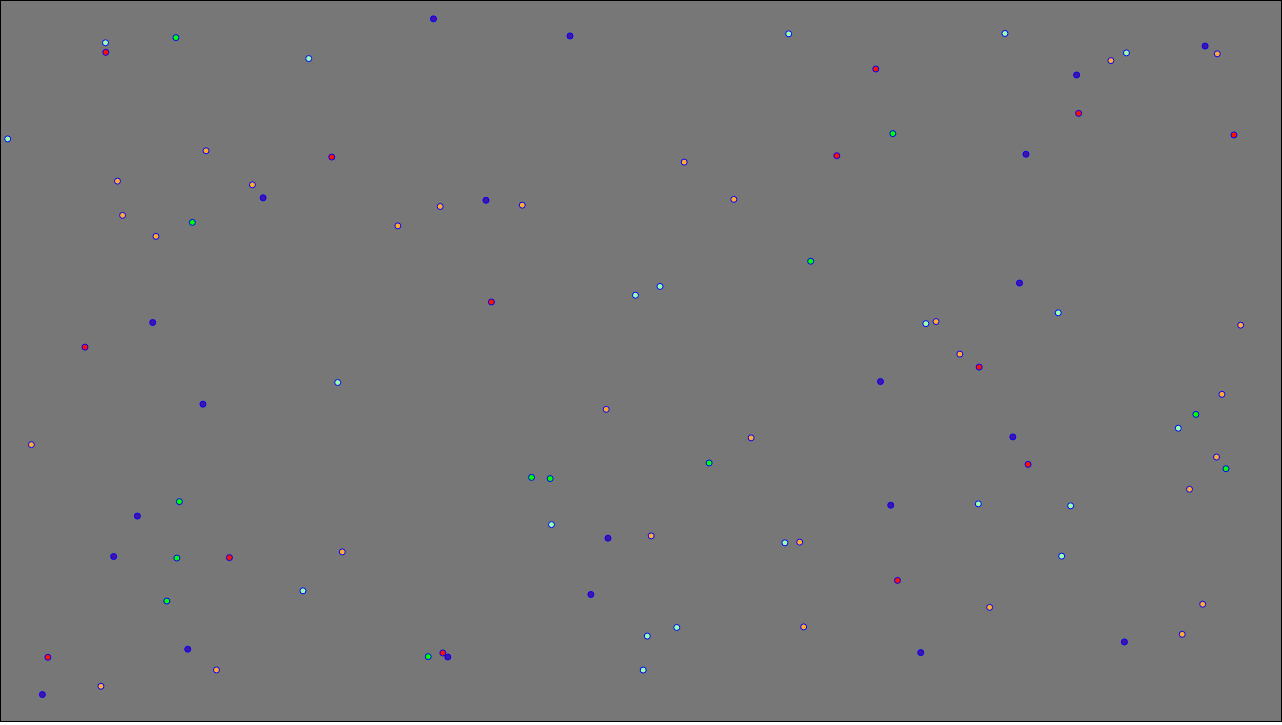
Repository: tenlekdan/particle-effect
Page: inidex.html
An editor plug-in stored every save of this project. The page is shown before and after the next save, followed by the edit.
The browser window is 1280 px wide. The page is 1282 px wide, so the pictures cover 1282 px, including what lies to the right of the window. The pictures show the whole page.

Above is the page before, as saved 2019-12-26 23:11:38.

After the next save:
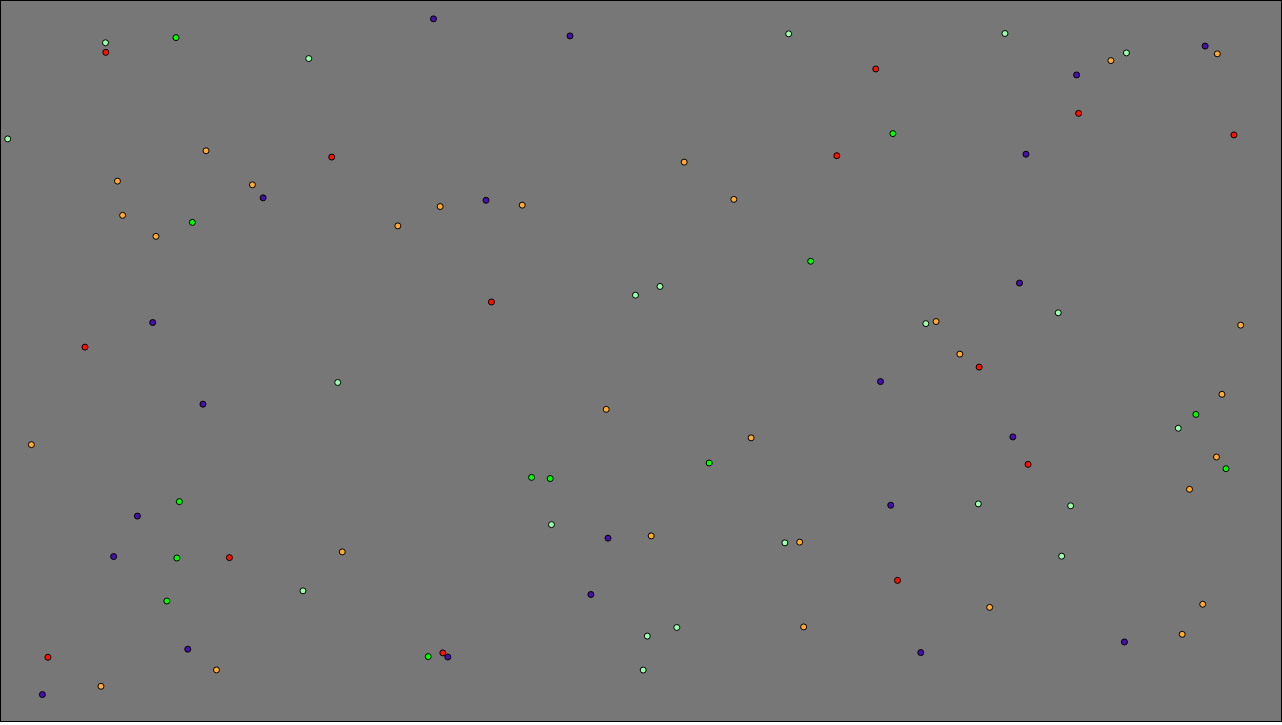
Saved 12 s later.
--- a/canvas.js
+++ b/canvas.js
@@ -48,7 +48,7 @@
             //draw circle
             c.beginPath();
             c.arc(this.x, this.y, this.radius, 0, Math.PI * 2, false);
-            c.strokeStyle = 'blue';
+            // c.strokeStyle = 'blue';
             c.fillStyle = this.color;
             c.fill();
             c.stroke();
